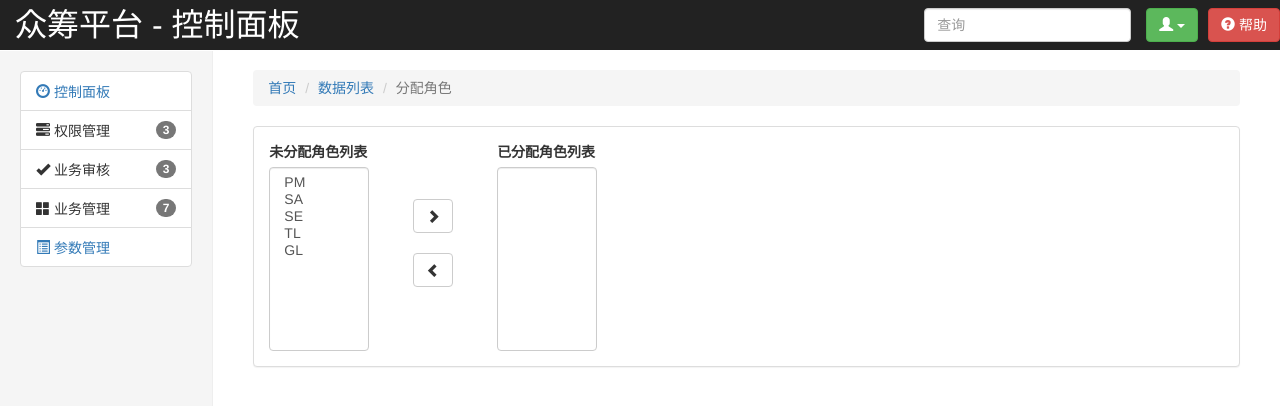
Repository: tornado4651/AtCrodFunding
Page: http://localhost/atcrowdfunding02-admin-webui/WEB-INF/assign-role.jsp
An editor plug-in stored every save of this project. The page is shown before and after the next save, followed by the edit.
The browser window is 1280 px wide. The pictures show the whole page.
The page is served by Tomcat 9. Nobody is signed in. The template is opened directly, without the code that normally fills it, so the values that code supplies are empty.

Above is the page before, as saved 2020-04-26 16:15:41.

After the next save:
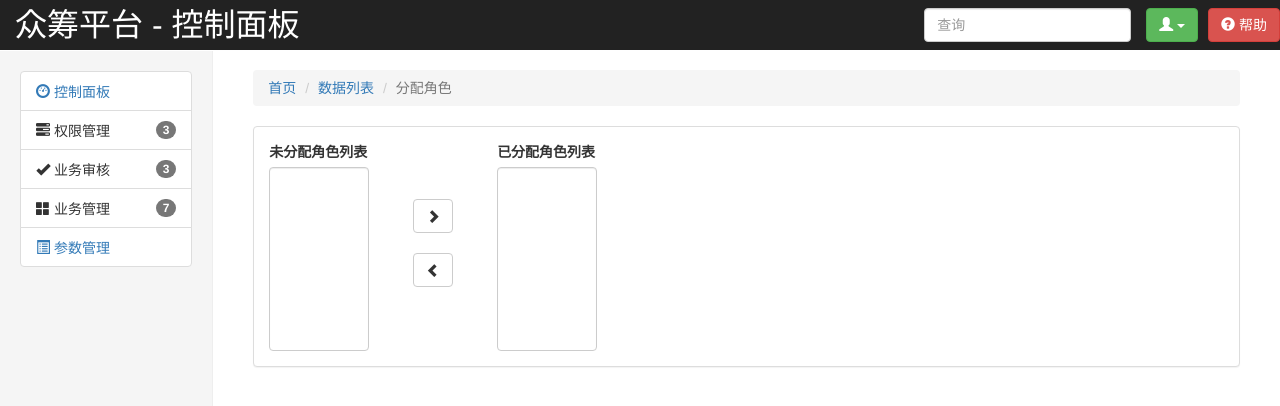
Saved 24 s later.
--- a/atcrowdfunding01-admin-parent/atcrowdfunding02-admin-webui/src/main/webapp/WEB-INF/assign-role.jsp
+++ b/atcrowdfunding01-admin-parent/atcrowdfunding02-admin-webui/src/main/webapp/WEB-INF/assign-role.jsp
@@ -31,11 +31,7 @@
                         <c:forEach items="${requsetScope.unAssignedRoleList }" var="role">
                         	<option value="${role.id }">${role.name }</option>
                         </c:forEach>
-                        <option value="pm">PM</option>
-                        <option value="sa">SA</option>
-                        <option value="se">SE</option>
-                        <option value="tl">TL</option>
-                        <option value="gl">GL</option>
+
                     </select>
 				  </div>
 				  <div class="form-group">
